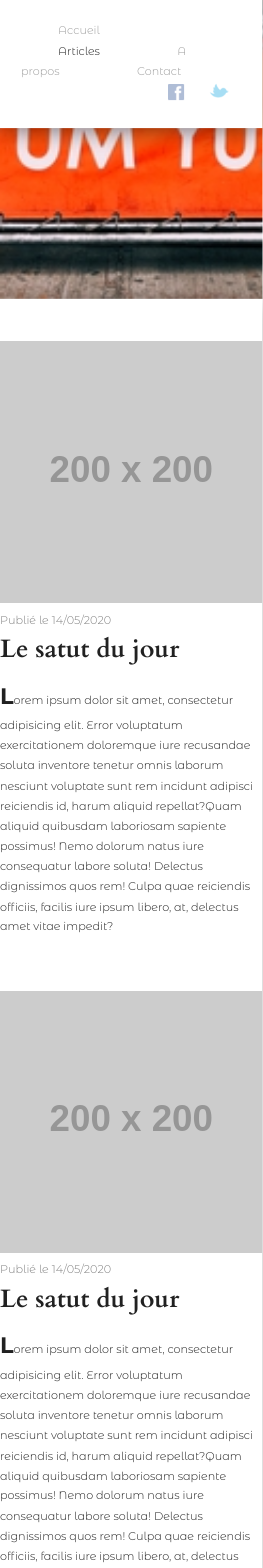
Repository: Elie-Dey/blog-train
Page: index.html
The author's editor kept a copy of each file at every save. The page is drawn from the files as they stood at one save, then again after a run of saves.
The browser window is 375 px wide. The pictures show the part of the page from y = 0 to 2240 px (the page is 5189 px tall before and 4553 px after), at 70% of full size.

Above is the page before, as saved 2020-06-19 23:01:34.

After the next 2 saves:
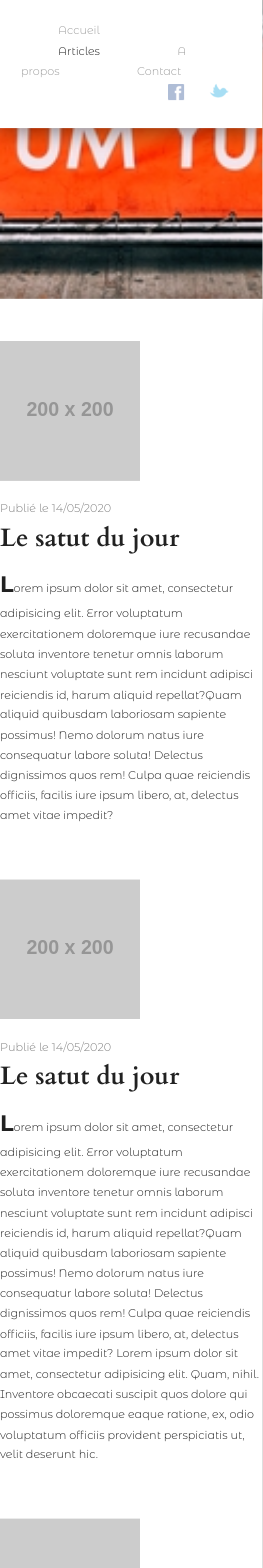
The 2 saves are shown as one change because they came seconds apart.
The last was saved 19 s later.
--- a/style.css
+++ b/style.css
@@ -288,5 +288,6 @@ body, html
     {
         position: static;
         margin-bottom: 1rem;
-    }
-}
+        display: block;
+    }
+}
